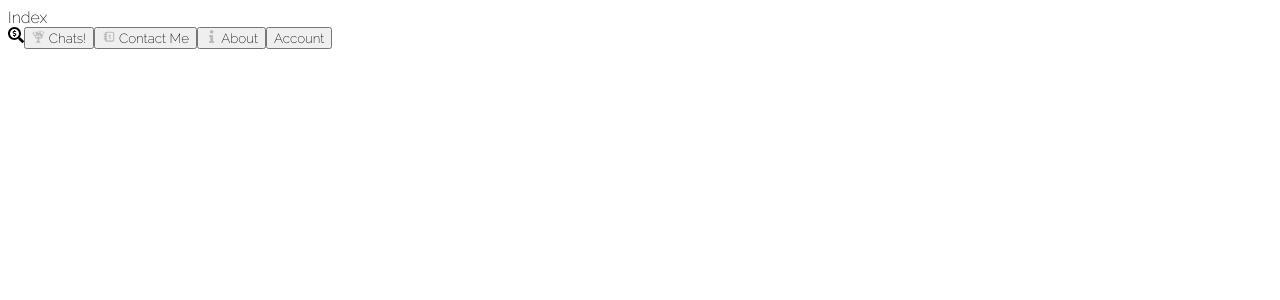
Repository: semileeBCIT/MDIA2109Tut4
Page: /
These files come from the project's save history. The page is drawn as it stood at one moment and after the next save; the edit follows.
The browser window is 1280 px wide. The pictures show the whole page.
The project was rebuilt for these pictures with package versions that can differ from the ones it lists, and the page was loaded fresh each time. The framework's server and built-in components were replaced by stand-ins that run in the browser. Also part of the build but not shown: next.config.js.

Above is the page before, as saved 2020-04-15 22:38:53.

### pages/_app.js
// import App from 'next/app'
import './app.css';

function MyApp({ Component, pageProps }) {
    return <Component {...pageProps} />
  }

  // Only uncomment this method if you have blocking data requirements for
  // every single page in your application. This disables the ability to
  // perform automatic static optimization, causing every page in your app to
  // be server-side rendered.
  //
  // MyApp.getInitialProps = async (appContext) => {
  //   // calls page's `getInitialProps` and fills `appProps.pageProps`
  //   const appProps = await App.getInitialProps(appContext);
  //
  //   return { ...appProps }
  // }

  export default MyApp

### pages/_document.js
import Document, { Html, Head, Main, NextScript } from 'next/document';

class MyDocument extends Document {
  static async getInitialProps(ctx) {
    const initialProps = await Document.getInitialProps(ctx)
    return { ...initialProps }
  }

  render() {
    return (
      <Html>
        <Head />
        <body>
          <link href="https://fonts.googleapis.com/css2?family=Raleway:wght@200&display=swap" rel="stylesheet"></link>
          <Main />
          <NextScript />
        </body>
      </Html>
    )
  }
}

export default MyDocument

### pages/index.js
import Link from 'next/link';
import Router from 'next/router';
import {FaSearchDollar} from 'react-icons/fa';
import {GiBurningTree} from 'react-icons/gi';
import {TiContacts} from 'react-icons/ti';
import {FaInfo} from 'react-icons/fa';
import './index.css';

function ClickIndex(){

    document.querySelector("#mainapp").style.right = "-100%";
    setTimeout(function(){
      Router.push("/ChatPage");
  }, 1000)
}

const Index = () => <div id="mainapp">
    <div onClick={ClickIndex}>Index</div>
    <FaSearchDollar />
    <Link href="/ChatPage"><button><GiBurningTree color="#BBB"/> Chats!</button></Link>
    <Link href="/Contact"><button><TiContacts color="#BBB"/> Contact Me</button></Link>
    <Link href="/About"><button><FaInfo color="#BBB"/> About</button></Link>
    <Link href="/Account"><button>Account</button></Link>
</div>

export default Index;

### pages/app.css
*{
    font-family: 'Raleway', sans-serif;
}

### pages/index.css
#mainapp{
    position:relative;
    right:0;
    opacity: 1;
    transition: opacity 1s, right 1s;

}

body, html {
    overflow-x: hidden;
}

After the next save:
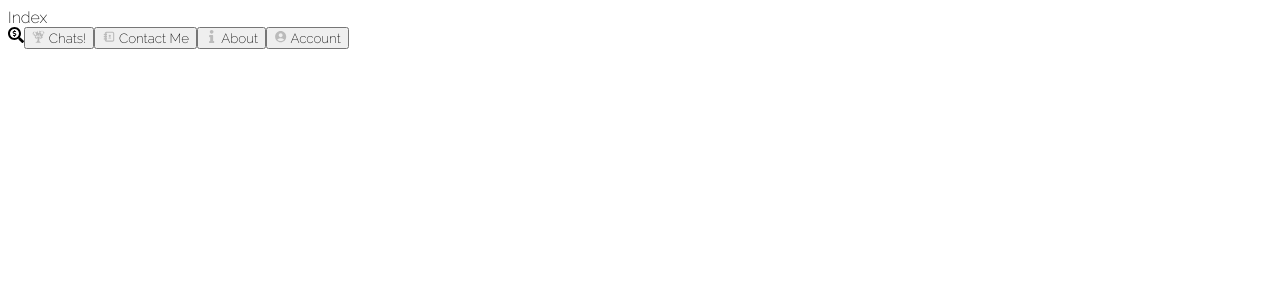
Saved 91 s later.
--- a/pages/index.js
+++ b/pages/index.js
@@ -4,6 +4,7 @@ import {FaSearchDollar} from 'react-icons/fa';
 import {GiBurningTree} from 'react-icons/gi';
 import {TiContacts} from 'react-icons/ti';
 import {FaInfo} from 'react-icons/fa';
+import {MdAccountCircle} from 'react-icons/md';
 import './index.css';
 
 function ClickIndex(){
@@ -20,7 +21,7 @@ const Index = () => <div id="mainapp">
     <Link href="/ChatPage"><button><GiBurningTree color="#BBB"/> Chats!</button></Link>
     <Link href="/Contact"><button><TiContacts color="#BBB"/> Contact Me</button></Link>
     <Link href="/About"><button><FaInfo color="#BBB"/> About</button></Link>
-    <Link href="/Account"><button>Account</button></Link>
+    <Link href="/Account"><button><MdAccountCircle color="#BBB"/> Account</button></Link>
 </div>
 
 export default Index;
